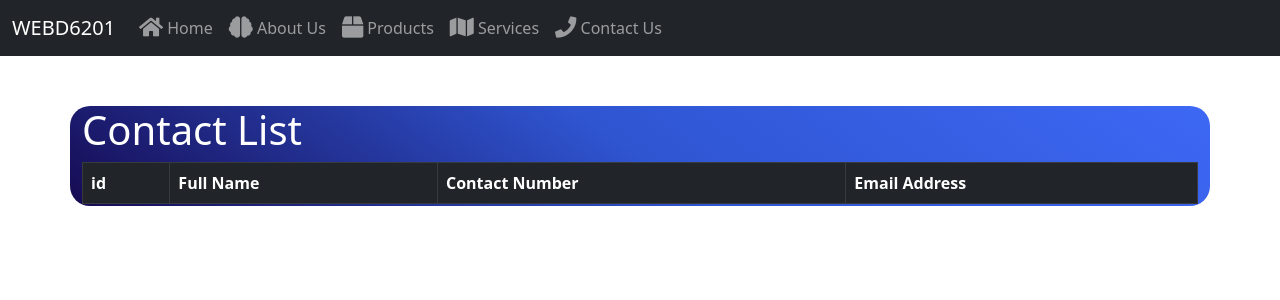
Repository: AshokSasi/WEBD6201-ASasi-JYuan-Lab2
Page: contact-list.html
The author's editor kept a copy of each file at every save. The page is drawn from the files as they stood at one save, then again after the next save.
The browser window is 1280 px wide. The pictures show the whole page.

Above is the page before, as saved 2021-01-28 20:32:15.
Not found: Scripts/contact.js

### contact-list.html
<!DOCTYPE html>
<html lang="en">
<head>
    <meta charset="UTF-8">
    <meta name="viewport" content="width=device-width, initial-scale=1.0">
    <title>Contact-List</title>
    <!-- CSS Section-->
    <link rel="stylesheet" href="./Content/app.css">
    <link rel="stylesheet" href="./node_modules/bootstrap/dist/css/bootstrap.min.css">
    <link rel="stylesheet" href="./node_modules/@fortawesome/fontawesome-free/css/all.min.css">
</head>
<body>
  <!-- Main Header -->
    <header>
      <!--main navbar-->
        <nav class="navbar navbar-expand-lg navbar-dark bg-dark">
            <div class="container-fluid">
              <a class="navbar-brand" href="index.html">WEBD6201</a>
              <button class="navbar-toggler" type="button" data-bs-toggle="collapse" data-bs-target="#navbarSupportedContent" aria-controls="navbarSupportedContent" aria-expanded="false" aria-label="Toggle navigation">
                <span class="navbar-toggler-icon"></span>
              </button>
              <div class="collapse navbar-collapse" id="navbarSupportedContent">
                <ul class="navbar-nav me-auto mb-2 mb-lg-0">
                  <li class="nav-item">
                    <a class="nav-link" aria-current="page" href="index.html"><i class="fas fa-home fa-lg"></i> Home</a>
                  </li>
                  <li class="nav-item">
                    <a class="nav-link" aria-current="page" href="about.html"><i class="fas fa-brain fa-lg"></i> About Us</a>
                  </li>
                  <li class="nav-item">
                    <a class="nav-link" aria-current="page" href="products.html"><i class="fas fa-box fa-lg"></i> Products</a>
                  </li>
                  <li class="nav-item">
                    <a class="nav-link" aria-current="page" href="services.html"><i class="fas fa-map fa-lg"></i> Services</a>
                  </li>
                  <li class="nav-item">
                    <a class="nav-link" aria-current="page" href="contact.html"><i class="fas fa-phone fa-lg"></i> Contact Us</a>
                  </li>
                </ul>

              </div>
            </div>
          </nav>
    </header>

    <!-- Main Content-->
    <main class="container">
        <h1>Contact List</h1>

        <div class="row">
            <div class="col">
                <table class="table table-striped table-bordered table-hover">
                    <thead class ="table-dark">
                      <tr>
                        <th scope="col">id</th>
                        <th scope="col">Full Name</th>
                        <th scope="col">Contact Number</th>
                        <th scope="col">Email Address</th>
                      </tr>
                    </thead>
                    <tbody id=contactList>
                    </tbody>
                  </table>
            </div>
        </div>

    </main>

    <!--Main Footer Nav -->
    <footer>
        <nav class="navbar fixed-bottom navbar-light bg-light">
            <div class="container-fluid">
              <h4><i class="far fa-copyright"></i> Copyright 2021</h4>
            </div>
          </nav>
    </footer>

    <!--Javascript section-->
    <script src="./Scripts/contact.js"></script>
    <script src="./Scripts/app.js"></script>
    <script src="./node_modules/jquery/dist/jquery.min.js"></script>

    <script src="./node_modules/bootstrap/dist/js/bootstrap.bundle.min.js"></script>
</body>
</html>

### Content/app.css
body.bg-image{
    background-image : url('../img/bg-img.png');
    background-repeat: no-repeat;
    background-attachment: fixed;
    background-size: 100% 100%;

}

.container{
    color: white;
    border-radius: 20px;
    width: 70%;
    height: 100px;
    margin: 50px auto;
    background: linear-gradient(35deg,#160b52,#2f55d1,#3d68f5)
  /*  background: linear-gradient(35deg,#160b52,#2f51be)*/
}
footer{
    color:white;
}

### Scripts/app.js
/* custom JavaScript goes here */

//IIFE - Immediately Invoked Function Expression
//AKA - Anonymous Self-Executing Function
//Closure - limits scope leak


"use strict";

(function()
{
function displayHome()
{

      // let paragraphOneText = "This is a simple site to demonstrate DOM Manipulation for ICE 1";

        //Different ways to select a paragraph element "paragraph one"
      //  let paragraphOneElement = document.getElementById("paragraphOne");

       // paragraphOneElement.textContent = paragraphOneText;
       // paragraphOneElement.className = "fs-5";

        // step 1. Create an element
     //   let newParagraph = document.createElement("p");
        //step 2. configure element
      //  newParagraph.setAttribute("id", "paragraphTwo");
       // newParagraph.textContent = "...And this is paragraph two";
       // //Step 3. select the parent element
      //  let mainContent = document.getElementsByTagName("main")[0];
        //step 4. Add/insert the element
      //  mainContent.appendChild(newParagraph);

        newParagraph.className = "fs-6";

        //////another way to add an element ///////
        //let paragraphThree =`<p class="fs-7 fw-bold">And this is the Third Paragraph</p>`;
        //mainContent.innerHTML = paragraphThree;

      //  let paragraphDiv = document.createElement("div");
       // let paragraphThree = `<p id="paragraphThree" class="fs-7 fw-bold">And this is the third paragraph</p>`
       // paragraphDiv.innerHTML = paragraphThree;

        //insertion before a node
        //newParagraph.before(paragraphDiv);
      //  newParagraph.after(paragraphDiv);

        //deletions
        //paragraphOneElement.remove();
      //  mainContent.removeChild(paragraphOneElement);

        //Update / modification of an element
        //mainContent.firstElementChild.textContent = "Welcome Home!";

      //  mainContent.innerHTML =
      //  `<h1 id="firstHeading">Welcome to WEBD6201 - Lab 1</h1>
      //  <p id="paragraphOne" class="fs-3 fw-bold">This is my first paragraph</p>`

}
function displayAbout()
{

}
function displayProjects()
{

}
function displayServices()
{

}

function displayContact()
{
    let messageArea = document.getElementById("messageArea");
    messageArea.hidden = true;
    //form validation
    let fullName = document.getElementById("fullName");
        fullName.addEventListener("blur", function()
        {
            if(fullName.value.length < 2)
            {
                fullName.focus();
                fullName.select();
                messageArea.hidden = false;
                messageArea.textContent = "Please enter an appropriate Name";
            }
            else
            {
                messageArea.removeAttribute("class");
                messageArea.hidden = true;
            }
        });


    let sendButton = document.getElementById("sendButton");
    sendButton.addEventListener("click", function(event)
    {
        //event.preventDefault();
        let contact = new Contact(fullName.value, contactNumber.value, emailAddress.value);

        if(contact.serialize())
        {
            localStorage.setItem((localStorage.length + 1).toString(), contact.serialize());
        }

    });
}


    function Start()
    {
        console.log("App Started...");

        switch(document.title)
        {
            case "Home":
                displayHome();
                break;
            case "About":
                displayAbout();
                break;
            case "Projects":
                displayProjects();
                break;
            case "Services":
                displayServices();
                break;
            case "Contact":
                displayContact();
                break;

        }

    }



    window.addEventListener("load", Start);

})();

Loaded but not shown: node_modules/bootstrap/dist/css/bootstrap.min.css (library); node_modules/@fortawesome/fontawesome-free/css/all.min.css (library); node_modules/jquery/dist/jquery.min.js (library); node_modules/bootstrap/dist/js/bootstrap.bundle.min.js (library)

After the next save:
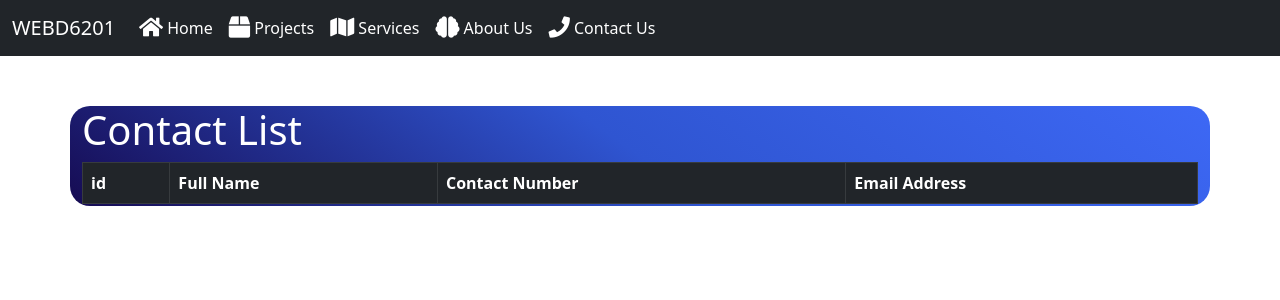
Saved 7 s later.
--- a/contact-list.html
+++ b/contact-list.html
@@ -10,38 +10,38 @@
     <link rel="stylesheet" href="./node_modules/@fortawesome/fontawesome-free/css/all.min.css">
 </head>
 <body>
-  <!-- Main Header -->
-    <header>
-      <!--main navbar-->
-        <nav class="navbar navbar-expand-lg navbar-dark bg-dark">
-            <div class="container-fluid">
-              <a class="navbar-brand" href="index.html">WEBD6201</a>
-              <button class="navbar-toggler" type="button" data-bs-toggle="collapse" data-bs-target="#navbarSupportedContent" aria-controls="navbarSupportedContent" aria-expanded="false" aria-label="Toggle navigation">
-                <span class="navbar-toggler-icon"></span>
-              </button>
-              <div class="collapse navbar-collapse" id="navbarSupportedContent">
-                <ul class="navbar-nav me-auto mb-2 mb-lg-0">
-                  <li class="nav-item">
-                    <a class="nav-link" aria-current="page" href="index.html"><i class="fas fa-home fa-lg"></i> Home</a>
-                  </li>
-                  <li class="nav-item">
-                    <a class="nav-link" aria-current="page" href="about.html"><i class="fas fa-brain fa-lg"></i> About Us</a>
-                  </li>
-                  <li class="nav-item">
-                    <a class="nav-link" aria-current="page" href="products.html"><i class="fas fa-box fa-lg"></i> Products</a>
-                  </li>
-                  <li class="nav-item">
-                    <a class="nav-link" aria-current="page" href="services.html"><i class="fas fa-map fa-lg"></i> Services</a>
-                  </li>
-                  <li class="nav-item">
-                    <a class="nav-link" aria-current="page" href="contact.html"><i class="fas fa-phone fa-lg"></i> Contact Us</a>
-                  </li>
-                </ul>
+   <!-- Main Header -->
+   <header>
+    <!--main navbar-->
+      <nav class="navbar navbar-expand-lg navbar-dark bg-dark">
+          <div class="container-fluid">
+            <a class="navbar-brand" href="index.html">WEBD6201</a>
+            <button class="navbar-toggler" type="button" data-bs-toggle="collapse" data-bs-target="#navbarSupportedContent" aria-controls="navbarSupportedContent" aria-expanded="false" aria-label="Toggle navigation">
+              <span class="navbar-toggler-icon"></span>
+            </button>
+            <div class="collapse navbar-collapse" id="navbarSupportedContent">
+              <ul class="navbar-nav me-auto mb-2 mb-lg-0">
+                <li class="nav-item">
+                  <a class="nav-link active" aria-current="page" href="index.html"><i class="fas fa-home fa-lg"></i> Home</a>
+                </li>
+                <li class="nav-item">
+                  <a class="nav-link active" aria-current="page" href="projects.html"><i class="fas fa-box fa-lg"></i> Projects</a>
+                </li>
+                <li class="nav-item">
+                  <a class="nav-link active" aria-current="page" href="services.html"><i class="fas fa-map fa-lg"></i> Services</a>
+                </li>
+                <li class="nav-item">
+                  <a class="nav-link active" aria-current="page" href="about.html"><i class="fas fa-brain fa-lg"></i> About Us</a>
+                </li>
+                <li class="nav-item">
+                  <a class="nav-link active" aria-current="page" href="contact.html"><i class="fas fa-phone fa-lg"></i> Contact Us</a>
+                </li>
+              </ul>
 
-              </div>
             </div>
-          </nav>
-    </header>
+          </div>
+        </nav>
+  </header>
 
     <!-- Main Content-->
     <main class="container">
